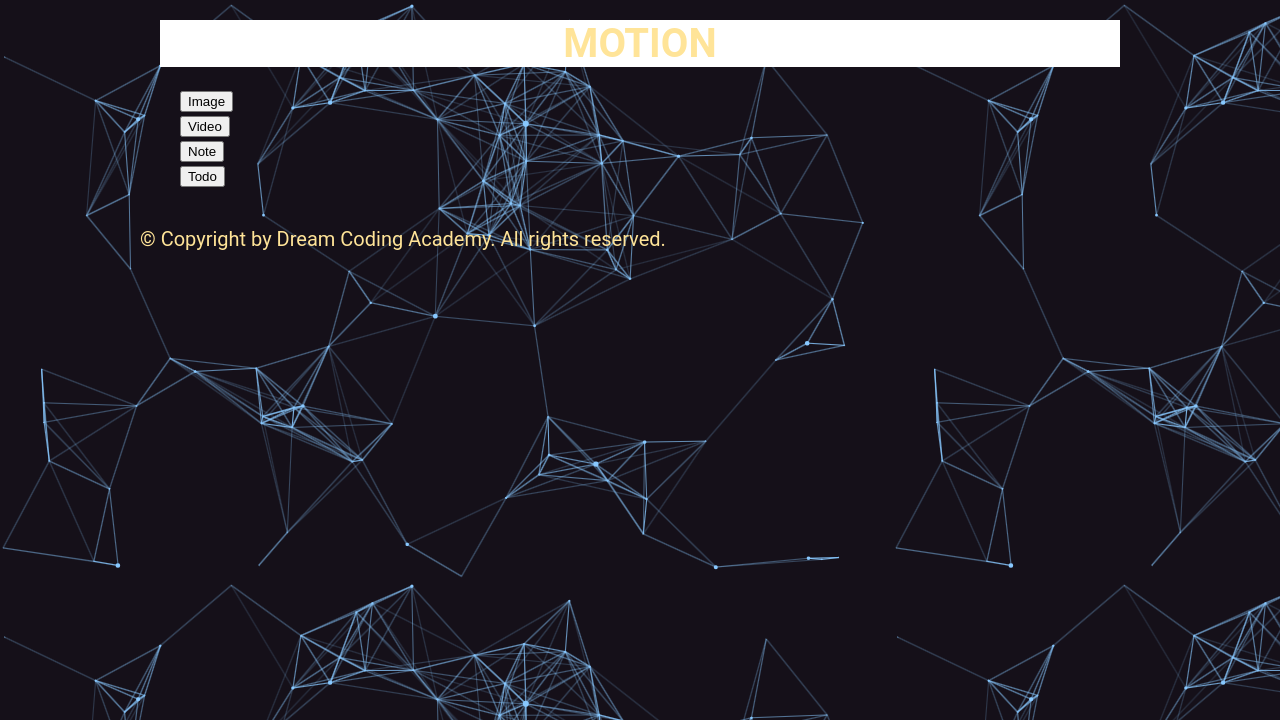
Repository: chefkuna/Motion
Page: index.html
These files come from the project's save history. The page is drawn as it stood at one moment and after the next save; the edit follows.
The browser window is 1280 px wide. The pictures show the whole page.

Above is the page before, as saved 2022-08-21 14:41:17.

### index.html
<!DOCTYPE html>
<html lang="en">
<head>
  <meta charset="UTF-8">
  <meta http-equiv="X-UA-Compatible" content="IE=edge">
  <meta name="viewport" content="width=device-width, initial-scale=1.0">
  <title>Motion</title>
  <link rel="stylesheet" href="./style/style.css">
  <script src='./dist/app.js' defer></script>
</head>
<body>
  <div class="app">
    <header class='banner'>
      <h1 class="banner__title">MOTION</h1>
      <ul class="control-panel">
        <li><button id='new-image' class="create-button">Image</button></li>
        <li><button id='new-video' class="create-button">Video</button></li>
        <li><button id='new-note' class="create-button">Note</button></li>
        <li><button id='new-todo' class="create-button">Todo</button></li>
      </ul>
    </header>
    <main class='document'></main>
    <footer class="footer">
      <p>© Copyright by Dream Coding Academy. All rights reserved.</p>
    </footer>
  </div>

</body>
</html>

### style/style.css
:root {
  --bg-main-color: #00000080;
  --bg-accent-color: #89c9ff;
  --accent-color: #1b98ff;
  --text-accent-color: #ffe498;
  --text-edit-bg-color: #575757;
  --border-color: #3f3f3f;
  --shadow-color: #202020;
  --document-bg-color: #68686850;
  --component-bg-gradient: radial-gradient(circle, #646464e6 0%, #363636e6 100%);
  --smokywhite: #dddbd8;
  --black: #000000;
  --translucent-black: #00000099;
}



li {
  list-style: none;
  padding-left: 0;
}

p {
  color: var(--text-accent-color);
}

body {
  background: url('../assets/background.png');
  font-family: Roboto, Oxygen, sans-serif;
  display: flex;
  justify-content: center;
  height: 100vh;
  overflow: auto;
  font-size: 1.25rem;
  margin: 0;
}

.app {
  width: 100%;
  max-width: 1000px;
  height: 100%;
  display: flex;
  flex-direction: column;
}

.banner__title {
  background-color: #fff;
  color: var(--text-accent-color);
  margin: 20px;
  text-align: center;
}

Loaded but not shown: dist/app.js (no copy from this time; the picture is the same without it)

After the next save:
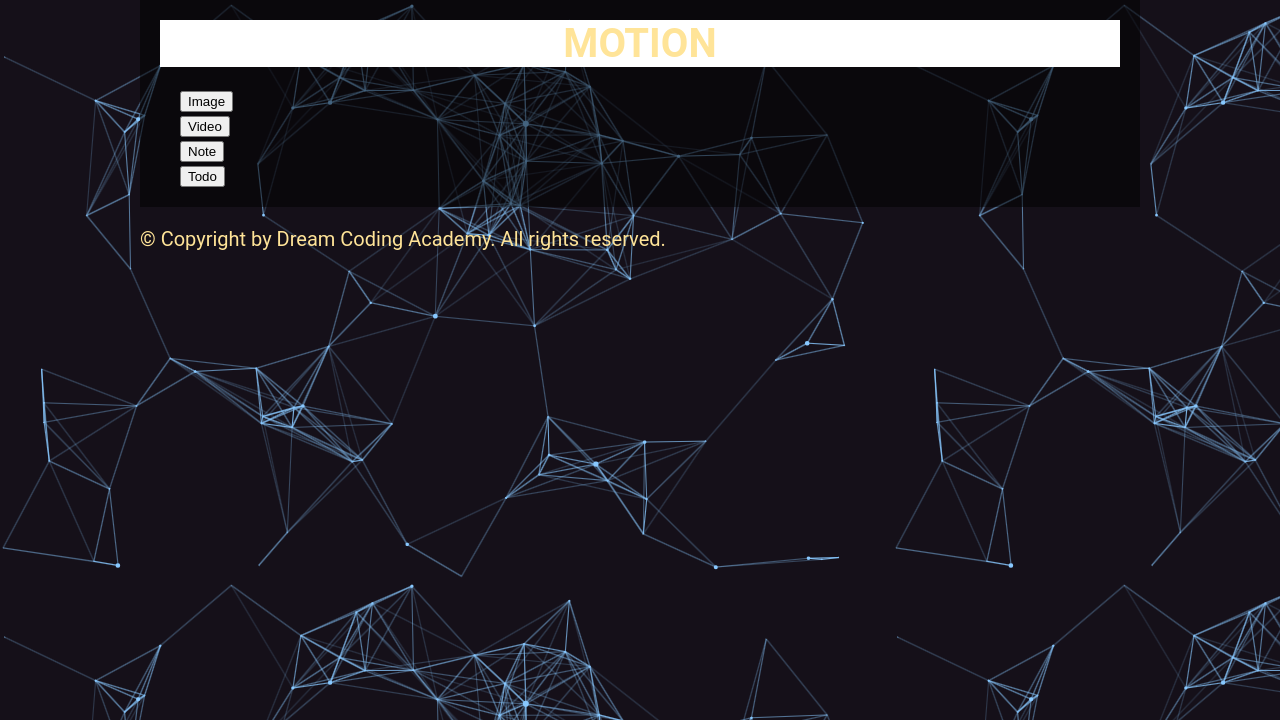
Saved 53 s later.
--- a/style/style.css
+++ b/style/style.css
@@ -43,6 +43,10 @@ body {
   flex-direction: column;
 }
 
+.banner {
+  background-color: var(--bg-main-color);
+}
+
 .banner__title {
   background-color: #fff;
   color: var(--text-accent-color);
